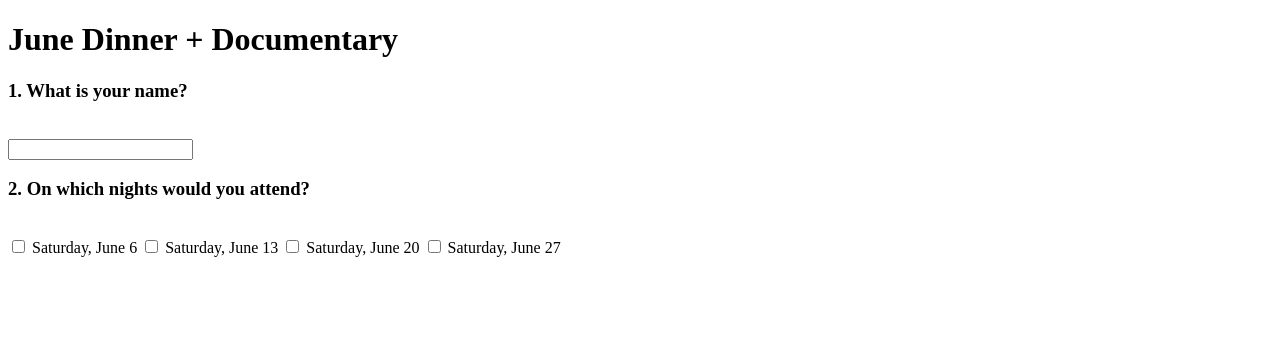
Repository: bhuhmann/event-survey
Page: survey.html
These files come from the project's save history. The page is drawn as it stood at one moment and after the next save; the edit follows.
The browser window is 1280 px wide. The pictures show the whole page.

Above is the page before, as saved 2020-03-31 19:08:01.

### survey.html
<!DOCTYPE html>
<html>
    <head>
        <title>June Dinner + Documentary</title>
    </head>
    <body>
        <h1>June Dinner + Documentary</h1>
        <!--TODO: form needs an action="" something, but I don't know how this works yet-->
        <form method="GET">
            <!--TODO: consider if further data validation would be useful-->
            <!--TODO: can I make automatic numbering happen so that I can easily reorder/add/remove questions?-->
            <label for="name"><h3>1. What is your name?</h3></label>
            <br>
            <input id="name" type="text" name="name" required>
            <br>
            <span><h3>2. On which nights would you attend?</h3></span>
            <br>
            <!--TODO: consider what date value should be for proper input into database-->
            <input id='dates' type="checkbox" name="dates" value="Saturday, June 6">
            <label for="dates">Saturday, June 6</label>
            <input id='dates' type="checkbox" name="dates" value="Saturday, June 13">
            <label for="dates">Saturday, June 13</label>
            <input id='dates' type="checkbox" name="dates" value="Saturday, June 20">
            <label for="dates">Saturday, June 20</label>
            <input id='dates' type="checkbox" name="dates" value="Saturday, June 27">
            <label for="dates">Saturday, June 27</label>
            <!--Which nights would you attend? checkbox options-->
            <!--Please rank the films in order of preference. Maybe drag and drop, probably requires JS?-->
            <!--Please rank the main dishes in order of preference. Maybe drag and drop, probably requires JS?-->
            <!--Please rank the ice cream flavors in order of preference. Maybe drag and drop, probably requires JS?-->
            <!--Anything else (documentary suggestions, ice cream flavor suggestions, etc.)? areatext-->
        </form>
    </body>

</html>

After the next save:
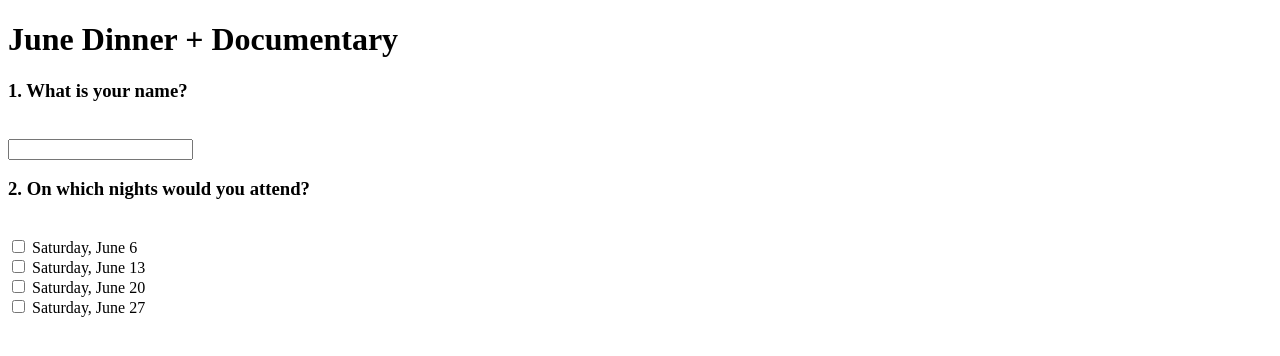
Saved 53 s later.
--- a/survey.html
+++ b/survey.html
@@ -18,12 +18,16 @@
             <!--TODO: consider what date value should be for proper input into database-->
             <input id='dates' type="checkbox" name="dates" value="Saturday, June 6">
             <label for="dates">Saturday, June 6</label>
+            <br>
             <input id='dates' type="checkbox" name="dates" value="Saturday, June 13">
             <label for="dates">Saturday, June 13</label>
+            <br>
             <input id='dates' type="checkbox" name="dates" value="Saturday, June 20">
             <label for="dates">Saturday, June 20</label>
+            <br>
             <input id='dates' type="checkbox" name="dates" value="Saturday, June 27">
             <label for="dates">Saturday, June 27</label>
+            <br>
             <!--Which nights would you attend? checkbox options-->
             <!--Please rank the films in order of preference. Maybe drag and drop, probably requires JS?-->
             <!--Please rank the main dishes in order of preference. Maybe drag and drop, probably requires JS?-->
